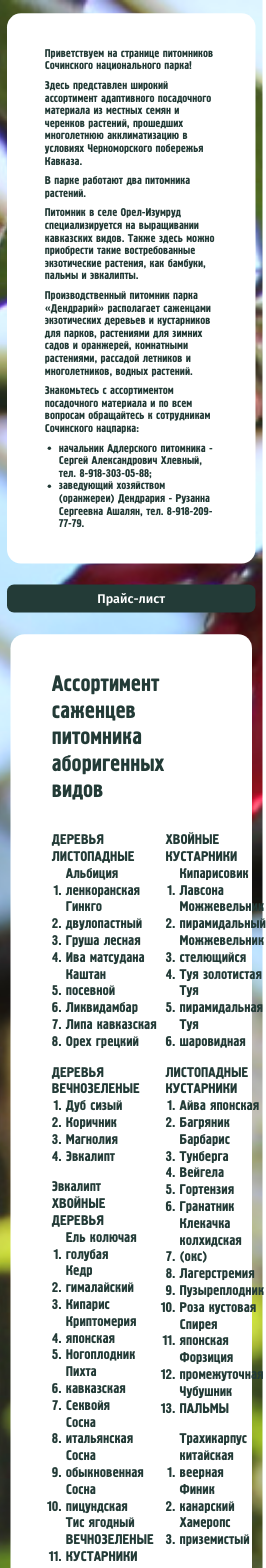
Repository: sem1103/np-sochi
Page: index.html
The author's editor kept a copy of each file at every save. The page is drawn from the files as they stood at one save, then again after the next save.
The browser window is 375 px wide. The page is 380 px wide, then 375 px, so the pictures cover 380 px, including what lies to the right of the window. The pictures show the part of the page from y = 0 to 2240 px (the page is 5126 px tall before and 6550 px after), at 70% of full size.

Above is the page before, as saved 2024-01-17 22:35:36.

After the next save:
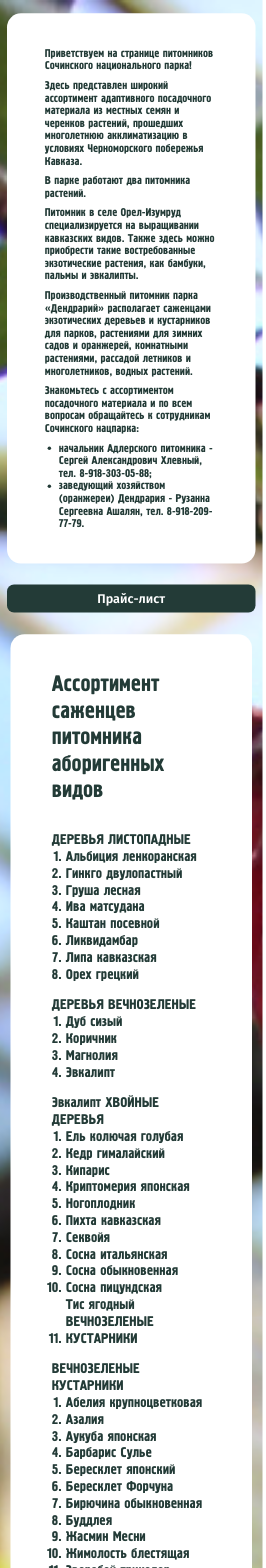
Saved 55 s later.
--- a/styles/main.css
+++ b/styles/main.css
@@ -128,4 +128,7 @@ ol button{
     .item:first-child {
         margin: 0 0 15px 0;
     }
+    .item > div{
+        flex-direction: column;
+    }
 }
